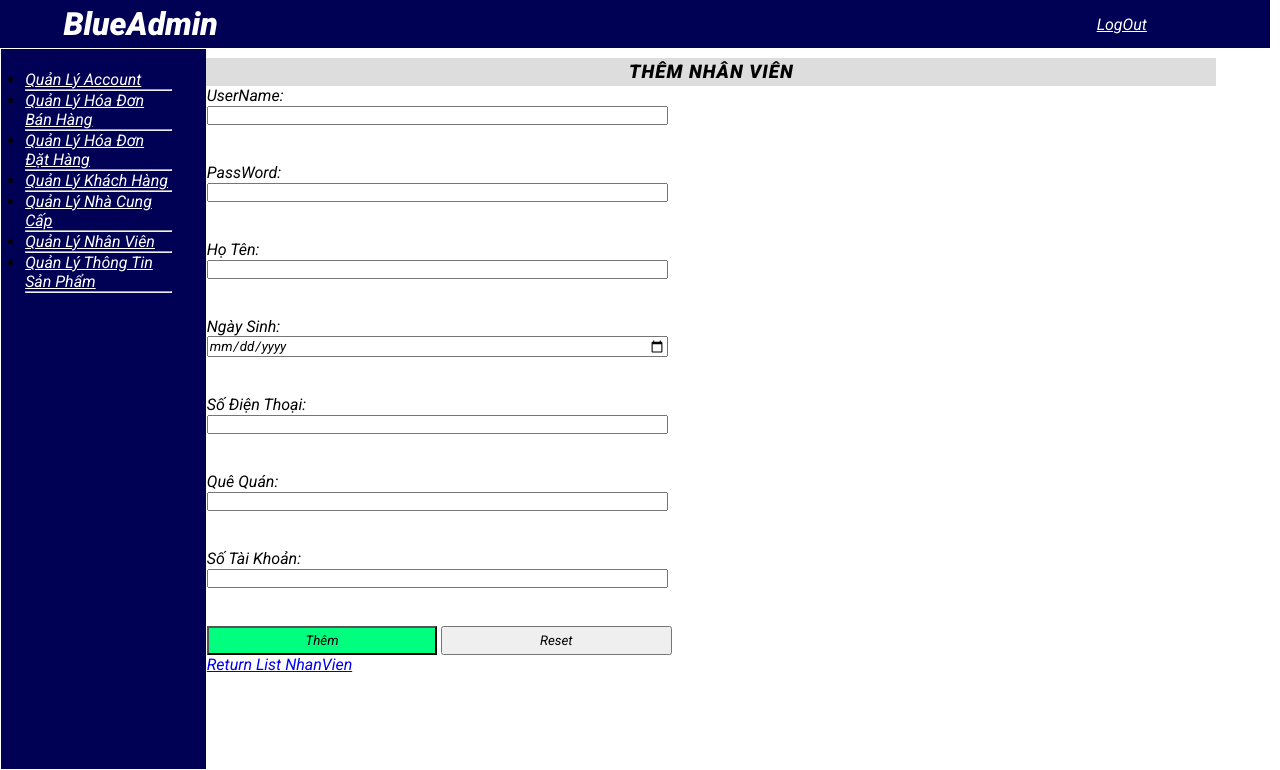
Repository: ngan429/WebsiteLaptop
Page: http://localhost/WebsiteLapTop/viewsnhanvien/InsertNhanVienDB.jsp
The author's editor kept a copy of each file at every save. The page is drawn from the files as they stood at one save, then again after the next save.
The browser window is 1280 px wide. The pictures show the whole page.
Some web libraries are served in a nearby version. The page is served by Tomcat 9. Other server files are loaded and not shown.

Above is the page before, as saved 2021-12-01 19:51:23.
Console error: SyntaxError: Invalid or unexpected token
Not found: DoAnLapTop/WebsiteLapTop/WebsiteLapTop/css/

### DoAnLapTop/WebsiteLapTop/WebContent/viewsnhanvien/InsertNhanVienDB.jsp
<%@ page language="java" contentType="text/html; charset=UTF-8"
	pageEncoding="UTF-8"%>
<%@ taglib uri="http://java.sun.com/jsp/jstl/core" prefix="c"%>
<%@ taglib uri="http://java.sun.com/jsp/jstl/sql" prefix="sql"%>
<!DOCTYPE html>
<html lang="vn">
<head>
<meta charset="UTF-8">
<meta http-equiv="X-UA-Compatible" content="IE=edge">
<meta name="viewport" content="width=device-width, initial-scale=1.0">
<title>Thêm Thông Tin Sản Phẩm</title>
<link rel="stylesheet"
	href="<%=request.getContextPath()%>/css/SanPham.css">
<style>
.show input {
	width: 40%;
}

.show textarea {
	width: 40%;
	height: 10vh;
}

.show button {
	width: 20%;
	height: 4vh;
}

.menunv {
	margin: 1px;
	float: left;
	width: 16%;
	padding: 16px;
	min-height: 500px;
	 background: #000055;
	height: 100vh
}

/* Next and Previous */
.nextprevious {
	text-decoration: none;
	display: inline-block;
	padding: 8px 16px;
}

.nextprevious:hover {
	background-color: #ddd;
	color: black;
}

.previous {
	background-color: #f1f1f1;
	color: black;
}

.next {
	background-color: #04AA6D;
	color: white;
}

.round {
	border-radius: 50%;
}

.nextpreviouscancel {
	text-decoration: none;
	display: inline-block;
	padding: 8px 16px;
	opacity: 0.5;
}

.nextpreviouscacel:hover {
	background-color: #ddd;
	color: black;
}

.show_product table {
	width: 100%;
}
</style>
<script type="text/javascript">
		src="<%=request.getContextPath()%>
	/js/SanPham.js">
</script>
</head>
<body>

	<!-- header -->
	<div class="headernv">
		<jsp:include page="/viewsnhanvien/Header.jsp" />
	</div>
	<div class="menunv">
		<jsp:include page="/viewsnhanvien/Menu.jsp" /></div>
	<form action="InsertNhanVienDB" method="post">
		<section class="body_product">
			<div class="container">
				<div class="title">
					<h3>Thêm Nhân Viên</h3>
				</div>
				<div class="show">
					<label for="UserName">UserName:</label> <br /> <input type="text"
						id="UserName" name="UserName" class="form-control"> <br />
					<br />
					<br />
					<label for="PassWord">PassWord:</label> <br /> <input type="text"
						id="PassWord" name="PassWord" class="form-control"> <br />
					<br />
					<br />
					<label for="HoTen">Họ Tên:</label> <br /> <input type="text"
						id="HoTen" name="HoTen" class="form-control"> <br />
					<br />
					<br />
					 <label for="NgaySinh">Ngày Sinh:</label> <br />
					<input type="date" id="NgaySinh" name="NgaySinh" class="form-control">
					<br />
					<br />
					<br /> <label for="SDT">Số Điện Thoại:</label> <br />
					<input type="text" id="SDT" name="SDT"
						class="form-control"> <br />
					<br />
					<br /> <label for="QueQuan">Quê Quán:</label> <br />
					<input type="text" id="QueQuan" name="QueQuan" class="form-control">
					<br />
					<br />
					<br /> <label for="STK">Số Tài Khoản:</label> <br />
					<input type="text" id="STK" name="STK" class="form-control">
					<br />
					<br />
					<br />

					<button style="background-color: springgreen;" type="submit">Thêm</button>
					<button type="reset">Reset</button><br />
					<a href="NhanVienDB">Return List NhanVien</a>
				</div>
			</div>
		</section>
		</form>
		<!-- end Body product discount -->

		<script src="https://kit.fontawesome.com/03bca92048.js"
			crossorigin="anonymous"></script>

</body>
</html>

### DoAnLapTop/WebsiteLapTop/WebContent/viewsnhanvien/Header.jsp
<%@ page language="java" contentType="text/html; charset=UTF-8"
	pageEncoding="UTF-8"%>
<%@ taglib uri="http://java.sun.com/jsp/jstl/core" prefix="c"%>
<%@ taglib uri="http://java.sun.com/jsp/jstl/sql" prefix="sql"%>
<!DOCTYPE html>
<html lang="vn">
<head>
<meta charset="UTF-8">
<meta http-equiv="X-UA-Compatible" content="IE=edge">
<meta name="viewport" content="width=device-width, initial-scale=1.0">
<script src="https://kit.fontawesome.com/yourcode.js"
	crossorigin="anonymous"></script>
<link rel="stylesheet"
	href="fontawesome-free-5.15.1-web/css/all.min.css" />
<link rel="stylesheet"
	href="https://cdnjs.cloudflare.com/ajax/libs/font-awesome/5.15.1/css/all.min.css" />

<title>Header</title>
<link rel="stylesheet"
	href="<%=request.getContextPath()%>/css/SanPham.css">

<script type="text/javascript">
		src="<%=request.getContextPath()%>
	/js/SanPham.js">
</script>
<style type="text/css">
.container{
max-width: 90%;
}
button#timkiem {
	border: black;
}
header{
    background: #000055;

}
i.fas.fa-search.fa-2x {
	background: white;
}
.container .content_header a {
    color: white;
}
</style>
</head>
<body>
	<header>
		<div class="container">
			<div class="content_header">
				<h1 style="color:white" class="logo">BlueAdmin</h1>
				<div class="menu_header">
					<nav>
						<ul class="nav_link">

							<li></li>
						</ul>
					</nav>
				</div>
				<div class="card_header">
					<div class="card">
						<a href="/WebsiteLapTop/LoginServlet"> LogOut</a>
					</div>
				</div>
			</div>
		</div>
		<div></div>
	</header>
</body>
</html>

### DoAnLapTop/WebsiteLapTop/WebContent/viewsnhanvien/Menu.jsp
<%@ page language="java" contentType="text/html; charset=UTF-8"
	pageEncoding="UTF-8"%>
<%@ taglib uri="http://java.sun.com/jsp/jstl/core" prefix="c"%>
<%@ taglib uri="http://java.sun.com/jsp/jstl/sql" prefix="sql"%>
<!DOCTYPE html>
<html lang="vn">
<head>
<meta charset="UTF-8">
<meta http-equiv="X-UA-Compatible" content="IE=edge">
<meta name="viewport" content="width=device-width, initial-scale=1.0">
<script src="https://kit.fontawesome.com/yourcode.js"
	crossorigin="anonymous"></script>
<link rel="stylesheet"
	href="fontawesome-free-5.15.1-web/css/all.min.css" />
<link rel="stylesheet"
	href="https://cdnjs.cloudflare.com/ajax/libs/font-awesome/5.15.1/css/all.min.css" />

<title>Header</title>
<link rel="stylesheet" href="<%=request.getContextPath()%>/css/">

<script type="text/javascript">
		src="<%=request.getContextPath()%>
	/js/SanPham.js">
</script>
<style type="text/css">
header {
	background: #000055;
	margin-right: 10px
}

.container .row ul a {
	color: white
}
</style>
</head>
<body>
	<header>
		<div class="container">
			<div class="row">
				<ul>
					<li><a href="AccountDB">Quản Lý Account</a></li>
					<hr />
					<li><a href="HoaDonBanHangDB">Quản Lý Hóa Đơn Bán Hàng</a></li>
					<hr />
					<li><a href="HoaDonDatHangDB">Quản Lý Hóa Đơn Đặt Hàng</a></li>
					<hr />
					<li><a href="KhachHangDB">Quản Lý Khách Hàng</a></li>
					<hr />
					<li><a href="NhaCungCapDB">Quản Lý Nhà Cung Cấp</a></li>
					<hr />
					<li><a href="NhanVienDB">Quản Lý Nhân Viên</a></li>
					<hr />
					<li><a href="ThongTinSanPhamDB">Quản Lý Thông Tin Sản Phẩm</a></li>
					<hr />


				</ul>
			</div>
		</div>
	</header>
</body>
</html>

### DoAnLapTop/WebsiteLapTop/WebContent/css/SanPham.css
@charset "UTF-8";
@import url('https://fonts.googleapis.com/css2?family=Roboto:ital,wght@1,400;1,900&display=swap');
*{
    font-family: 'Roboto', sans-serif;
    margin: 0;
    padding: 0;
    box-sizing: border-box;
}
/*header*/
.container{
    /* mặc định là 1140px */
    max-width: 1140px;
    margin: 0 auto;
}
header{
    background: rgb(98, 217, 238);
    padding: 5px 0;
}
.search{
    height:  50px;
    width: 600px;
    background-color: #fff;
    margin-left: 250px;
    border-radius: 8px;
}
.search input{
    width:550px ;
    height: 46px;
    border-radius: 8px;
    font-size: large;
    border: 0px;
    padding-left: 20px;
}

.search button img{
    width: 25px;
    height: auto;
    vertical-align: middle;
    border: 0px;
}
/*flex basis dùng quy định chiều rộng của flexbox*/
header .container .content_header{
    display: flex;
    align-items: center;
}
header .container .content_header .logo_header{
    flex-basis: 10%;
}
header .container .content_header .menu_header{
    flex-basis: 80%;
}
header .container .content_header .card_header{
    flex-basis: 10%;
}
header .container .content_header .card_header .card{
    position: relative;
    width: 40px;
    cursor: pointer; /*Thuộc tính cursor hiển thị con trỏ chuột khi duy chuyển con trỏ vào thành phần dạng pointer*/
    display: flex;
}

header .container .content_header .menu_header nav .nav_link li{
    display: inline-block;
    list-style: none;
    margin: 0 20px;
}
header .container .content_header .menu_header nav .nav_link li a{
    text-decoration: none;
    color: #000;
    font-weight: 400;
}
header .container .content_header .menu_header nav .nav_link li a:hover{
    text-decoration: underline;
}
header .container .content_header .card_header{
    flex-basis: 10%;
}

/*body slide*/
.slide_body .container .container_slide{
    position: relative;
    width: 100%;
    overflow: hidden; /*Cắt bớt phần tràn trong hình cuộn */
    padding: 20px 0;
}
.slide_body .container .container_slide .slides{
    width: 100%;
    display: flex;
}
.slide_body .container .container_slide .slides .item{
    min-width: 100%;
}
.slide_body .container .container_slide .slides .item img{
    width: 100%;
    display: block;
    height: 100%;
    object-fit: none; /*Định dạng hình ảnh trên web*/
}
.slide_body .container .container_slide .next,.prev{    /*Định dạng nút */
    position: absolute;
    top: 50%;
    padding: 10px 15px;
    background: #000;
    color: rgb(194, 243, 81);
    transform: translateY(-50%);
    cursor: pointer;
}
.slide_body .container .container_slide .next:hover,.prev:hover{
    background: saddlebrown; /*ảnh full */
}
.slide_body .container .container_slide .next{
    right: 0;
}

/* Body_selling products  */
.body_product{
    padding: 10px 0;
}
.body_product .container .title{
    width: 100%;
    text-align: center;
    background: #ddd;
    padding-top: 3px;
    padding-bottom: 3px;
}
.body_product .container .title h3{
    text-transform: uppercase;
    font-weight:600;
    letter-spacing: 1px; /*Khoang cách ký tự*/
}
.body_product .container .show_product{
    margin: 5px 0;
    display: flex;
    flex-wrap: wrap;
    align-items: center;
}
.body_product .container .show_product .card {
    flex-basis: 18%;
    margin: 10px 5px;
}
.body_product .container .show_product .card .items{
    position: relative;
    display: block;
    padding: 20px;
    border-radius: 10px;
    border: 1px solid rgb(46, 134, 235);
    height: 270px;
}

.body_product .container .show_product .card .items .image img{
    width: 100%;
    align-items: center;
}
.body_product .container .show_product .card .items .text {
    text-align: center;
    padding: 5px 0;
}
.body_product .container .show_product .card .items .text h3{
    font-weight: 500;
    font-size: 20px;
    height: 98px;
}
.body_product .container .show_product .card .items .text p{
    font-weight: 600;
    margin: 5px 0;
    color: #FF0040;
}
.body_product .container .show_product .card .items .button{
    position: absolute;
    top: 100%;
    left: 50%;
    width: 100%;
    transform: translate(-50%,-50%);
    text-align: center;
    opacity: 0;
    transition: 0.5s ease-out;
}
.body_product .container .show_product .card .items:hover .button{
    opacity: 1;
    top: 50%;
}
.body_product .container .show_product .card .items .button a{
    display: inline-block;
    margin: 0 5px;
    padding: 10px 15px;
    background:#2E2EFE;
    color: #ffff;
    border-radius: 20px;
    text-decoration: none;
    transition: 0.5s;
}
.body_product .container .show_product .card .items .button a:hover{
    background: #FE2E64;
}
/*Body_discount products */
.body_product.discount .show_product .card .items .text span{
    color: #FF0040;
    font-weight: 600;
}
.body_product.discount .show_product .card .items .text span s{
    font-weight: 300;
}
.body_product.discount .show_product .card .items span.discount{
    width: 50px;
    height: 50px;
    background: #FF0040;
    display: flex;
    align-items: center;
    justify-content: center;
    font-size: 18px;
    color: #ffffff;
    border-radius: 50%;
    box-shadow: 3px 3px 5px #FF0040;
    position: absolute;/* Đưa discount lên đầu */
    top: -10px;
    right: 0;
}
/* footer */
footer{
    background: rgb(98, 217, 238);
    padding: 15px 0 0 0;
}
footer .container .row{
    display: flex;
    flex-wrap: wrap;
    justify-content: space-evenly;
}
footer .container .row .col{
    flex-basis: 20%;
    padding: 0 15px;
}
footer p.copyriht{
    text-align: center;
    padding: 10px 0;
    margin: 0;
    background: #000;
    color: #fff;
    font-size: 12px;
}
footer .container .row .col img{
    margin: 10px 0;
}
footer .container .row .col .name_website{
    font-size: 32px;
    font-weight: 600;
    text-transform: uppercase;
    letter-spacing: 1px;
}
footer .container .row .col p{
    font-size: 14px;
    word-break: break-all;
}
footer .container .row .col ul{
    list-style: none;
}
footer .container .row .col ul li{
    margin: 10px 0;

}
footer .container .row .col .title{
    color: #111010;
    letter-spacing: 1px;
    display: inline-block;
    list-style: none;
}
footer .container .row .col ul li a{
    text-decoration: none;
    color: #111010;
    font-size: 0.9rem;
    display: inline-block;
    list-style: none;
}
footer .container .row .col ul li a:hover{
    text-decoration: underline;
}

### DoAnLapTop/WebsiteLapTop/WebContent/css/Insert.css
label {
  padding-left: 5px;
}
.show {
  padding-left: 200px;
}
.return-home-page {
  text-decoration: none;
  padding-left: 25px;
}
.insert {
  border-radius: 4px;
}

After the next save:
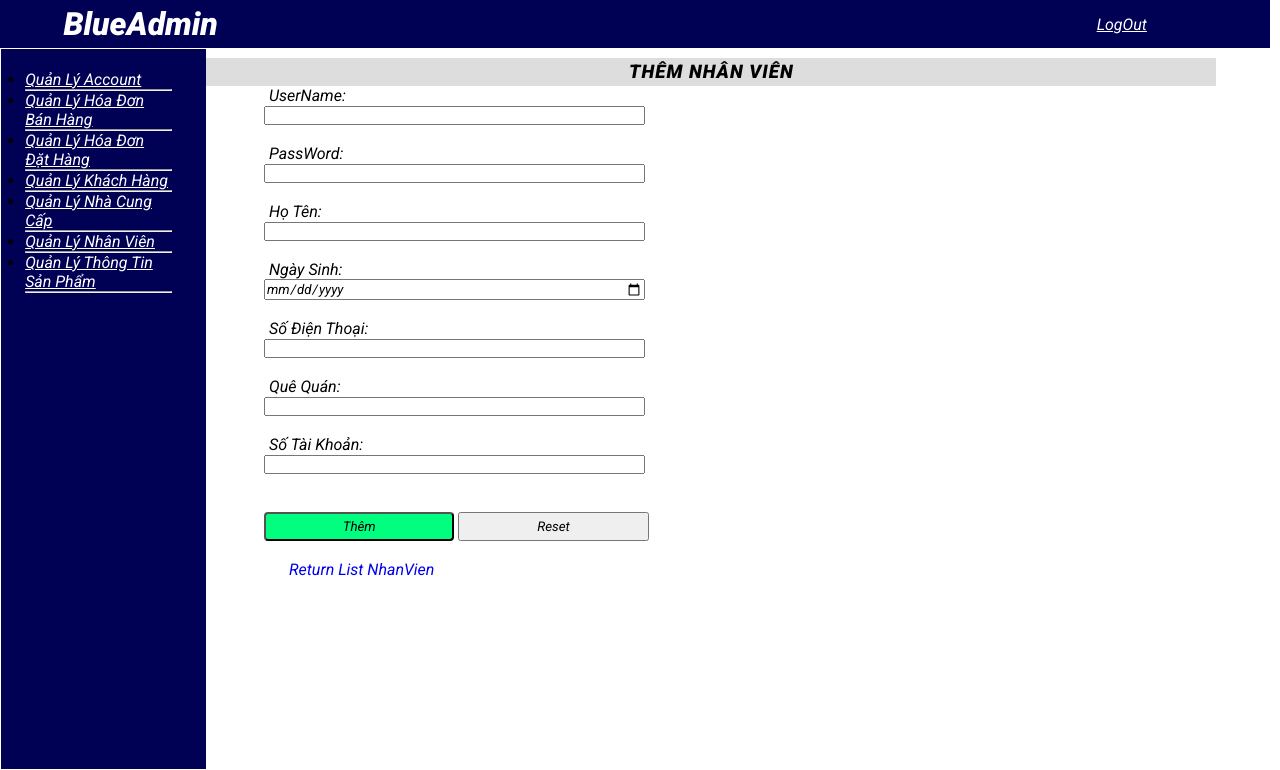
Saved 13 s later.
--- a/DoAnLapTop/WebsiteLapTop/WebContent/viewsnhanvien/InsertNhanVienDB.jsp
+++ b/DoAnLapTop/WebsiteLapTop/WebContent/viewsnhanvien/InsertNhanVienDB.jsp
@@ -8,9 +8,11 @@
 <meta charset="UTF-8">
 <meta http-equiv="X-UA-Compatible" content="IE=edge">
 <meta name="viewport" content="width=device-width, initial-scale=1.0">
-<title>Thêm Thông Tin Sản Phẩm</title>
+<title>Thêm Nhân Viên</title>
 <link rel="stylesheet"
 	href="<%=request.getContextPath()%>/css/SanPham.css">
+<link rel="stylesheet"
+	href="<%=request.getContextPath()%>/css/Insert.css">
 <style>
 .show input {
 	width: 40%;
@@ -101,36 +103,30 @@
 					<label for="UserName">UserName:</label> <br /> <input type="text"
 						id="UserName" name="UserName" class="form-control"> <br />
 					<br />
-					<br />
 					<label for="PassWord">PassWord:</label> <br /> <input type="text"
 						id="PassWord" name="PassWord" class="form-control"> <br />
-					<br />
 					<br />
 					<label for="HoTen">Họ Tên:</label> <br /> <input type="text"
 						id="HoTen" name="HoTen" class="form-control"> <br />
 					<br />
-					<br />
 					 <label for="NgaySinh">Ngày Sinh:</label> <br />
 					<input type="date" id="NgaySinh" name="NgaySinh" class="form-control">
-					<br />
 					<br />
 					<br /> <label for="SDT">Số Điện Thoại:</label> <br />
 					<input type="text" id="SDT" name="SDT"
 						class="form-control"> <br />
-					<br />
 					<br /> <label for="QueQuan">Quê Quán:</label> <br />
 					<input type="text" id="QueQuan" name="QueQuan" class="form-control">
-					<br />
 					<br />
 					<br /> <label for="STK">Số Tài Khoản:</label> <br />
 					<input type="text" id="STK" name="STK" class="form-control">
 					<br />
 					<br />
 					<br />
-
-					<button style="background-color: springgreen;" type="submit">Thêm</button>
+					<button class="insert" style="background-color: springgreen;" type="submit">Thêm</button>
 					<button type="reset">Reset</button><br />
-					<a href="NhanVienDB">Return List NhanVien</a>
+					<br />
+					<a class="return-home-page" href="NhanVienDB">Return List NhanVien</a>
 				</div>
 			</div>
 		</section>
